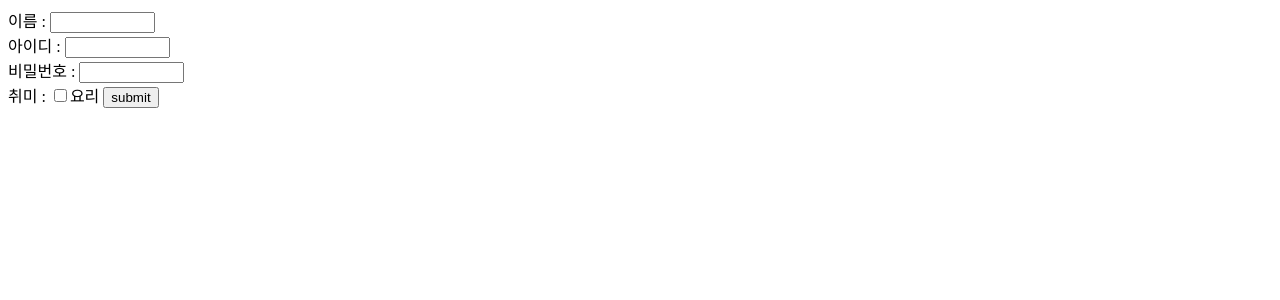
Repository: yoojinhee/JSP_study
Page: http://localhost/Test_JSP/form.jsp
These files come from the project's save history. The page is drawn as it stood at one moment and after the next save; the edit follows.
The browser window is 1280 px wide. The pictures show the whole page.
The page is served by Tomcat 9.

Above is the page before, as saved 2020-05-12 06:19:16.

After the next save:
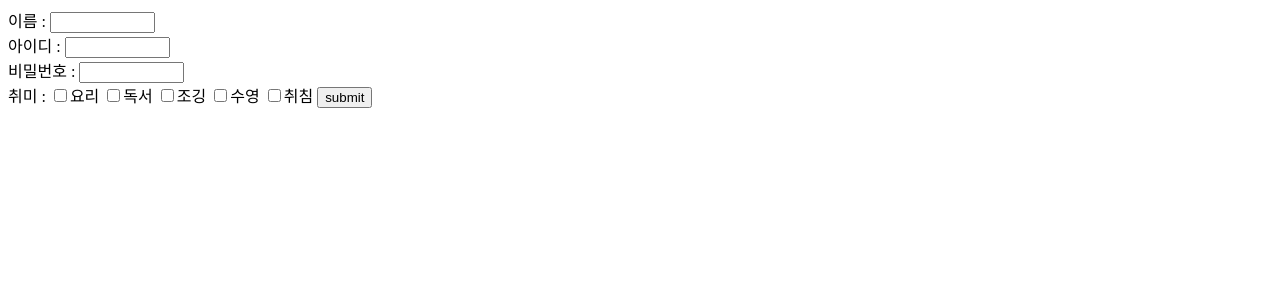
Saved 69 s later.
--- a/Project/Test_JSP/WebContent/form.jsp
+++ b/Project/Test_JSP/WebContent/form.jsp
@@ -12,7 +12,13 @@
 이름 : <input type="text" name="name" size=10><br>
 아이디 : <input type="text" name="id" size=10><br>
 비밀번호 : <input type="password" name="password" size=10><br>
-취미 : <input type="checkbox" name="hobby" value="cook">요리
+취미 :
+<input type="checkbox" name="hobby" value="cook">요리
+<input type="checkbox" name="hobby" value="read">독서
+<input type="checkbox" name="hobby" value="run">조깅
+<input type="checkbox" name="hobby" value="swim">수영
+<input type="checkbox" name="hobby" value="sleep">취침
+
 <input type="submit" value="submit">
 </form>
 
